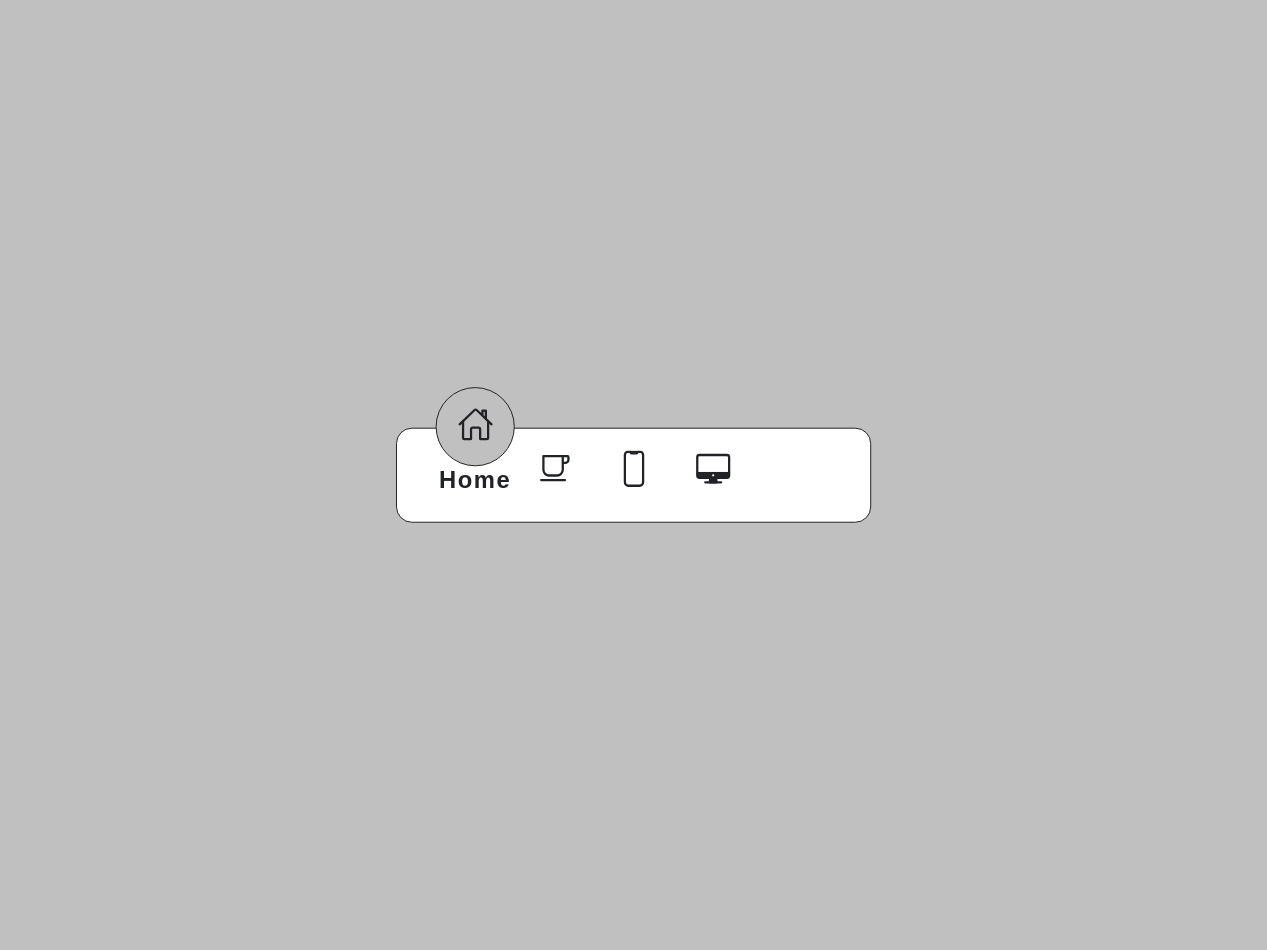
Repository: DevJoeYC/Metabukcs
Page: http://localhost/metabucks/
The author's editor kept a copy of each file at every save. The page is drawn from the files as they stood at one save, then again after the next save.
The browser window is 1280 px wide. The pictures show the whole page, at 99% of full size.
The page is served by Tomcat 9. Other server files are loaded and not shown.

Above is the page before, as saved 2022-05-27 01:02:37.

### metabucks/WebContent/index.html
<!DOCTYPE html>
<html>
<head>
	<meta charset="UTF-8">
	<title>CTEAM team project nav</title>
	<link rel="stylesheet" type="text/css" href="./show/test.css">
	<script src="./show/common.js"></script>
	<script src="./show/jquery.js"></script>
</head>
<body>
	<div class="nav">
		<ul>
			<li class="list active">
				<a href="./HOME/index.jsp" target="_blank">
					<span class="icon"><ion-icon name="home-outline"></ion-icon></span>
					<span class="text">Home</span>
				</a>
			</li>
			<li class="list">
				<a href="./KIOSK/index.jsp" target="_blank">
					<span class="icon"><ion-icon name="cafe-outline"></ion-icon></span>
					<span class="text">KIOSK</span>
				</a>
			</li>
			<li class="list">
				<a href="./METAORDER/index.jsp" target="_blank">
					<span class="icon"><ion-icon name="phone-portrait-outline"></ion-icon></span>
					<span class="text">Metaoder</span>
				</a>
			</li>
			<li class="list">
				<a href="./POS/index.html" target="_blank">
					<span class="icon"><ion-icon name="desktop-outline"></ion-icon></span>
					<span class="text">POS</span>
				</a>
			</li>
			<div class="indicator"></div>
		</ul>
	</div>
	<script>
		var list = document.querySelectorAll('.list');
		function activeLink(){
			list.forEach((item) => item.classList.remove('active'));
			this.classList.add('active');
		}
		list.forEach((item) =>
		item.addEventListener('mouseover', activeLink));
	</script>
	<script type="module" src="https://unpkg.com/ionicons@5.5.2/dist/ionicons/ionicons.esm.js"></script>
	<script nomodule src="https://unpkg.com/ionicons@5.5.2/dist/ionicons/ionicons.js"></script>
</body>
</html>

### metabucks/WebContent/show/test.css
* {
	margin: 0;
	padding: 0;
	box-sizing: border-box;
	font-family: 'Poppins', sans-serif;
}

:root
{
	--clr: #222327;
}

body
{
	display: flex;
	justify-content: center;
	align-items: center;
	min-height: 60rem;
	background: silver;
}

.nav
{
	position: relative;
	width: 30rem;
	height: 6rem;
	background: #fff;
	display: flex;
	justify-content: center;
	align-items: center;
	border: 0.1rem solid var(--clr);
	border-radius: 1rem;
}

.nav ul
{
	display: flex;
	width: 25rem;
}

.nav ul li
{
	position: relative;
	list-style: none;
	width: 5rem;
	height: 5rem;
	z-index: 1;
}

.nav ul li a
{
	position: relative;
	display: flex;
	justify-content: center;
	align-items: center;
	flex-direction: column;
	width: 100%;
	text-align: center;
	font-weight: bolder;
}

.nav ul li a .icon
{
	position: relative;
	display: block;
	line-height: 5rem;
	font-size: 2.3em;
	text-align: center;
	transition: 0.5s;
	color: var(--clr);
}

.nav ul li.active a .icon
{
	transform: translateY(-2.8rem);
}

.nav ul li a .text
{
	position: absolute;
	color: var(--clr);
	font-weight: bolder;
	font-size: 1.5rem;
	letter-spacing: 0.1rem;
	transition: 0.5s;
	opacity: 0;
	transform: translateY(-1rem);
}

.nav ul li.active a .text
{
	opacity: 1;
	transform: translateY(0.3rem)
}

.indicator
{
	position: absolute;
	top: -2.6rem;
	width: 5rem;
	height: 5rem;
	background: silver;
	border-radius: 50%;
	border: 0.1rem solid var(--clr);
	transition: 0.5s;
}

.nav ul li:nth-child(1).active ~ .indicator
{
	transform: translateX(calc(5rem * 0));
}
.nav ul li:nth-child(2).active ~ .indicator
{
	transform: translateX(calc(5rem * 1));
}
.nav ul li:nth-child(3).active ~ .indicator
{
	transform: translateX(calc(5rem * 2));
}
.nav ul li:nth-child(4).active ~ .indicator
{
	transform: translateX(calc(5rem * 3));
}
.nav ul li:nth-child(5).active ~ .indicator
{
	transform: translateX(calc(5rem * 4));
}

### metabucks/WebContent/show/common.js
/****************************************************************************************************
 *	작성자 : 함경환
 *	작성일 : 2022-05-20 11:45
****************************************************************************************************/

//선택된 메뉴를 str로 strURL의 이름을 가진 페이지에 요청을 보낸다.
//결과 값은 to의 id를 가진 곳에 반영한다
function setDiv(to, strURL, str) {
	//선택된 메뉴를 str로 strURL의 이름을 가진 페이지에 요청을 보낸다.
	$.ajax({
		type		: "POST",
		url			: strURL + str,
		dataType	: "HTML",
		contentType : "application/x-www-form-urlencoded; charset=UTF-8",
		success		: function (data) {$(to).html(data);},
		complete	: function (data) {},
		error		: function (data) {}
	});
}

function toggle(obj){
	$(obj).parent().children().css({ "background-color" : "silver" });
	$(obj).css({ "background-color" : "white" });
}

Loaded but not shown: metabucks/WebContent/show/jquery.js (library)

After the next save:
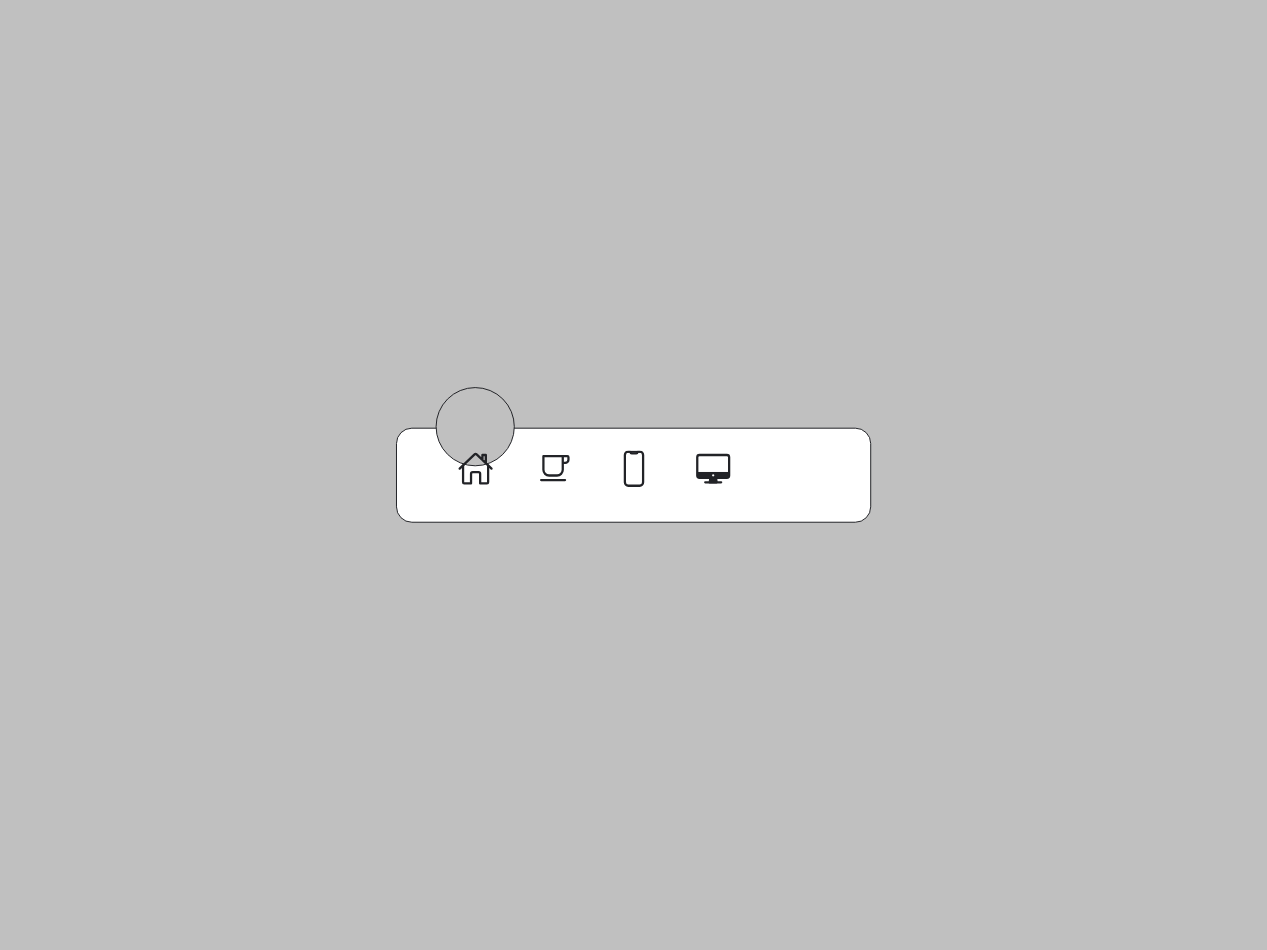
Saved 5 min 12 s later.
--- a/metabucks/WebContent/show/test.css
+++ b/metabucks/WebContent/show/test.css
@@ -70,7 +70,7 @@
 	color: var(--clr);
 }
 
-.nav ul li.active a .icon
+.nav ul li.hover a .icon
 {
 	transform: translateY(-2.8rem);
 }
@@ -87,7 +87,7 @@
 	transform: translateY(-1rem);
 }
 
-.nav ul li.active a .text
+.nav ul li.hover a .text
 {
 	opacity: 1;
 	transform: translateY(0.3rem)

After the save that followed:
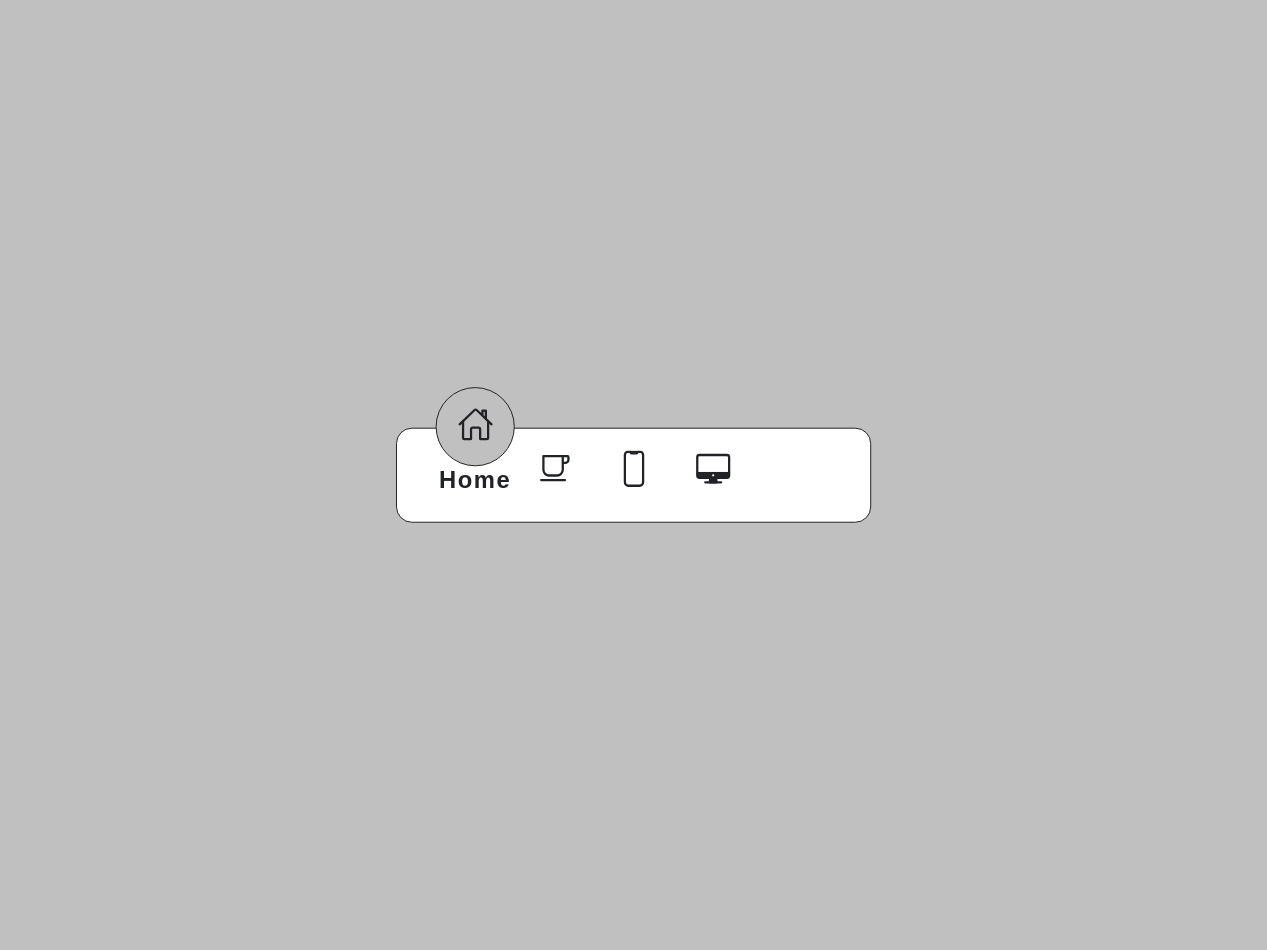
Saved 107 s later.
--- a/metabucks/WebContent/show/test.css
+++ b/metabucks/WebContent/show/test.css
@@ -74,6 +74,10 @@
 {
 	transform: translateY(-2.8rem);
 }
+.nav ul li.active a .icon
+{
+	transform: translateY(-2.8rem);
+}
 
 .nav ul li a .text
 {
@@ -88,6 +92,11 @@
 }
 
 .nav ul li.hover a .text
+{
+	opacity: 1;
+	transform: translateY(0.3rem)
+}
+.nav ul li.active a .text
 {
 	opacity: 1;
 	transform: translateY(0.3rem)
